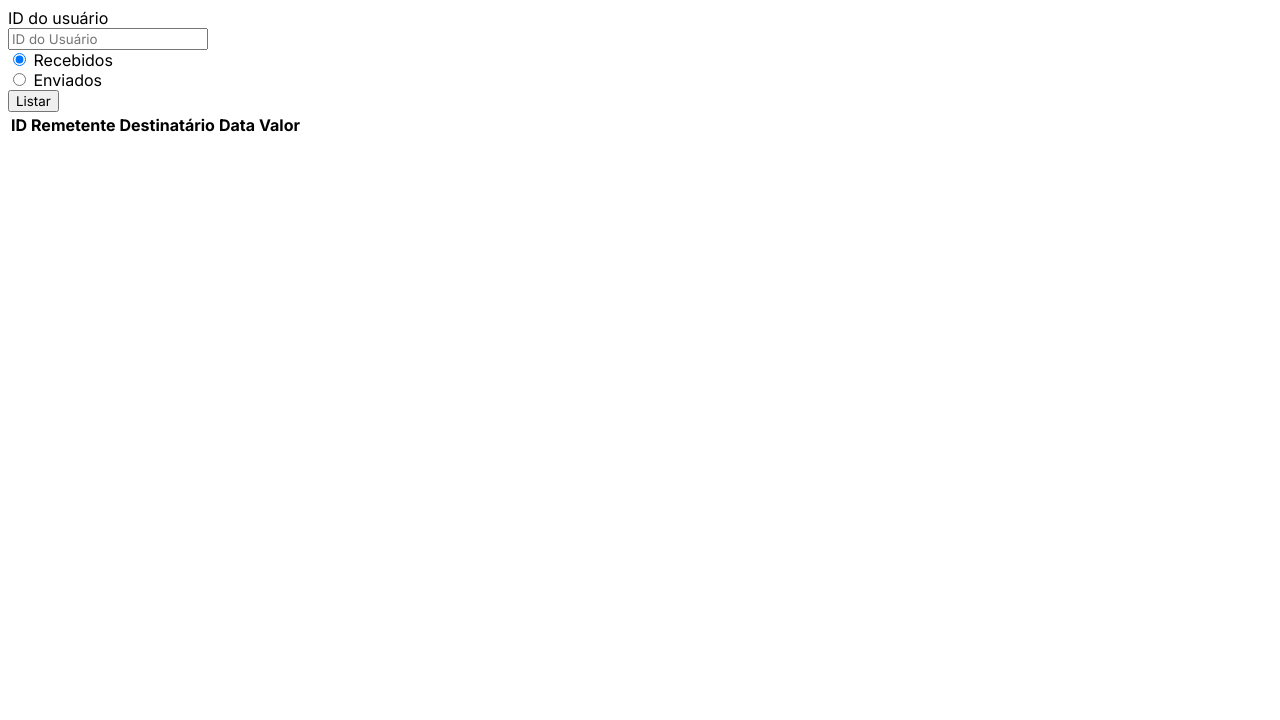
Repository: mateusilva8/tarefa-pix
Page: frontend/index.html
An editor plug-in stored every save of this project. The page is shown before and after the next save, followed by the edit.
The browser window is 1280 px wide. The pictures show the whole page.

Above is the page before, as saved 2023-10-22 14:34:47.

After the next save:
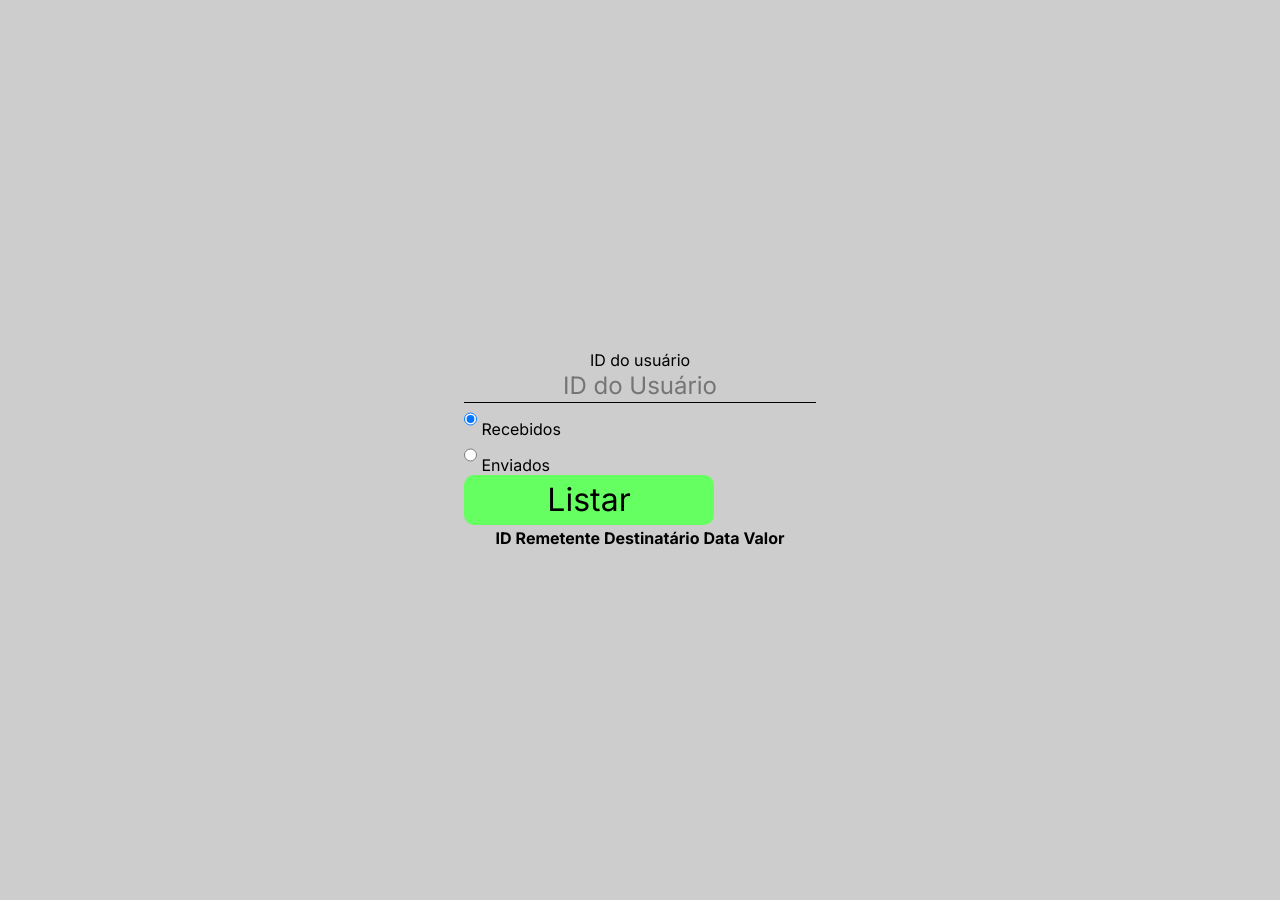
Saved 22 s later.
--- a/frontend/css/index.css
+++ b/frontend/css/index.css
@@ -1,2 +1,81 @@
 * {
     font-family: 'Inter', sans-serif;
+    body {
+        margin: 0;
+        padding: 0;
+        font-family: 'Inter', sans-serif;
+        background-color: #cdcdcd;
+    }
+
+    .logo {
+        margin-bottom: 100px;
+    }
+
+    .logo img {
+        height: 100px;
+    }
+
+    .container {
+        display: flex;
+        flex-direction: column;
+        height: 700px;
+        margin: 100px;
+        justify-content: center;
+        align-items: center;
+    }
+
+    .formulario {
+        width: 100%;
+        display: flex;
+        flex-direction: column;
+        align-items: center;
+    }
+
+    .formulario form {
+        width: 500px;
+        display: flex;
+        flex-direction: column;
+        align-items: center;
+    }
+
+    .mb-3 {
+        display: flex;
+        flex-direction: column;
+        width: 100%;
+        margin-bottom: 50px;
+        font-size: 2rem;
+        text-align: center;
+    }
+
+    input[type=number]::-webkit-inner-spin-button,
+        input[type=number]::-webkit-outer-spin-button {
+            -webkit-appearance: none;
+            margin: 0;
+        }
+
+    input {
+        height: 2rem;
+        margin: 0;
+        padding: 0;
+        border: none;
+        border-bottom: 1px solid #000;
+        outline: none;
+        font-size: 1.5rem;
+        text-align: center;
+        background-color: #cdcdcd;
+
+        &:focus {
+            border-bottom: 2px solid #00f;
+        }
+    }
+
+    .btn {
+        width: 250px;
+        height: 50px;
+        font-size: 2rem;
+        font-family: 'Inter';
+        font-weight: 400;
+        background-color: rgb(102, 255, 97);
+        border: 0;
+        border-radius: 10px;
+    }
